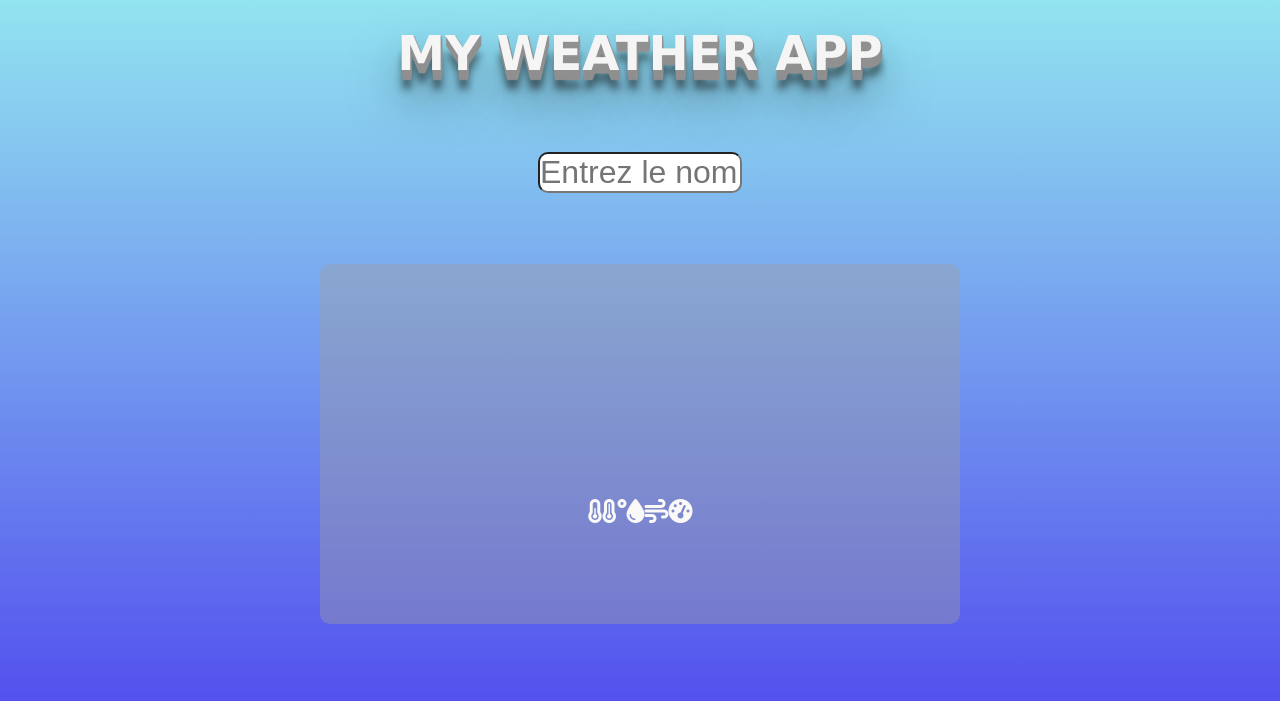
Repository: JeffnyAugustin/MyWeatherApp
Page: index.html
An editor plug-in stored every save of this project. The page is shown before and after a run of saves, followed by the edit.
The browser window is 1280 px wide. The pictures show the whole page.

Above is the page before, as saved 2023-11-15 17:15:27.

### index.html
<!DOCTYPE html>
<html lang="fr">

<head>
    <meta charset="UTF-8">
    <meta http-equiv="X-UA-Compatible" content="IE=edge">
    <meta name="viewport" content="width=device-width, initial-scale=1.0">
    <link rel="stylesheet" href="https://cdnjs.cloudflare.com/ajax/libs/font-awesome/6.4.0/css/all.min.css"
        integrity="sha512-iecdLmaskl7CVkqkXNQ/ZH/XLlvWZOJyj7Yy7tcenmpD1ypASozpmT/E0iPtmFIB46ZmdtAc9eNBvH0H/ZpiBw=="
        crossorigin="anonymous" referrerpolicy="no-referrer" />

    <link rel="stylesheet" href="/css/style.css">
    <title>My Weather App</title>
</head>

<body>



    <div id="container"></div>

    <script src="/js/script.js"></script>
</body>

</html>

### css/style.css
* {
    padding : 0;
    margin: 0;
}

body {
    display: flex;
    justify-content: center;
    height: 100vh;
    width: 100vw;
    background: linear-gradient(0deg, rgba(82,77,238,1) 0%, rgba(146,228,240,1) 100%);
    overflow-y: hidden;
}

#container {
    display: flex;
    flex-direction: column;
    align-items: center;
    justify-content: space-around;
    gap: 20px;

}



#searchBox {
    width: 200px; /* Ajustez la largeur selon vos besoins */
    margin: 0 auto; /* Centrez la barre de recherche horizontalement */
    text-align: center;
    height: 37px;
    border-radius: 10px;
    font-size: 2rem;
}

#searchBox input {
    padding-left: 30px; /* Ajoutez un espace pour l'icône à gauche */
}

#searchBox i.fa-search {
    position: absolute;
    top: 50%;
    transform: translateY(-50%);
    left: 8px;
    color: white;
}


#allTogether {
    width: 50VW;
    height: 50VH;
    display: flex;
    flex-direction: column;
    justify-content: space-evenly;
    align-items: center;
    background-color: rgb(158 158 158 / 40%);
    border-radius: 10px;
}

div#meteoElement {
    display: flex;
    flex-direction: row;
    justify-content: space-around;
    flex-wrap: wrap;
    color: rgb(250, 249, 247);
    font-size: 1.5rem;
}

div#cityElement {
    display: flex;
    flex-direction: row;
    gap: 10px;
    justify-content: center;
}

div#cityDescription {
    display: flex;
    flex-direction: column;
    gap: 20PX;
}

#prevision {
    background-color: rgb(134 126 126 / 41%);
    display: flex;
    flex-direction: row;
    justify-content: center;
    align-items: center;
    gap: 10px;
}

.day-forecast {
    display: flex;
    flex-direction: column;
    align-items: center;
    height: 98%;
    width: 230px;
    background-color: #eeeced4f;
}


p {
    font-size: 2rem;
    color: white;
}

p.cityName {
    text-align: center;
}

h1.textTitle {
    text-transform: uppercase;
    font-family: verdana;
    font-size: 3em;
    font-weight: 700;
    color: #f5f5f5;
    text-shadow: 1px 1px 1px #919191,
        1px 2px 1px #919191,
        1px 3px 1px #919191,
        1px 4px 1px #919191,
        1px 5px 1px #919191,
        1px 6px 1px #919191,
        1px 7px 1px #919191,
        1px 8px 1px #919191,
        1px 9px 1px #919191,
        1px 10px 1px #919191,
    1px 18px 6px rgba(16,16,16,0.4),
    1px 22px 10px rgba(16,16,16,0.2),
    1px 25px 35px rgba(16,16,16,0.2),
    1px 30px 60px rgba(16,16,16,0.4);
}


.temps {
    font-size: 1.5rem;
}
.feels-like {
    font-size: 1.5rem;
  }

  .humidity {
    font-size: 1.5rem;
}

.wind {
    font-size: 1.5rem;
}

.pressure {
    font-size: 1.5rem;
}

### js/script.js
// Clé D'api
const API_KEY = "b476218e49ef0d0755a713e9ba77f79a";
// Lien vers L'api finissant par une recherche
const API_URL = `https://api.openweathermap.org/data/2.5/forecast?appid=${API_KEY}&units=metric&lang=fr&q=`;


const divContain = document.getElementById("container");
divContain.id = "container";


const titleDiv = document.createElement("div");
titleDiv.className = "title";

// Création H1
const heading = document.createElement('h1');
heading.className = "textTitle"

// Set the text content of the h1 element
heading.textContent = 'My Weather App';




// Création barre de recherche
const inputSearch = document.createElement("input");
inputSearch.id = "searchBox";
inputSearch.type = "text";
inputSearch.placeholder = "Entrez le nom de la ville"; // Ajout du placeholder

// Ajoutez cette ligne pour ajouter l'icône de loupe à la barre de recherche
const searchIcon = document.createElement("i");
searchIcon.className = "fas fa-search";
inputSearch.appendChild(searchIcon);


// Création de div
const newDiv = document.createElement("div");
newDiv.id = "allTogether";

// Création de div
const forecastDiv = document.createElement("div");
forecastDiv.id = "prevision";




const infoCityDiv = document.createElement("div");
infoCityDiv.id = "cityDescription";


// Création de div oiuyr stocker img + description
const cityImgDiv = document.createElement("div");
cityImgDiv.id = "cityElement";

// Création de div pour afficher les informations météorologiques
const weather = document.createElement("div");
weather.id = "meteoElement";

// Création balise paragraphe pour collecter le nom de la ville
const cityName = document.createElement("p");
cityName.className = "cityName";

// Création de div pour afficher la température
const temperatureDiv = document.createElement("div");
temperatureDiv.className = "temperature-container";

// Création balise paragraphe
const temperature = document.createElement("p");
temperature.className = "temps";

// Création de div pour afficher le temps ressenti
const feelsLikeDiv = document.createElement("div");
feelsLikeDiv.className = "feels-like-container";

// Création balise paragraphe pour la sensation thermique
const feelsLike = document.createElement("p");
feelsLike.className = "feels-like";

// Création de div pour afficher l'humidité
const humidityDiv = document.createElement("div");
humidityDiv.className = "humidity-container";

// Création de balise paragraphe pour l'humidité
const humidity = document.createElement("p");
humidity.className = "humidity";

// Création de div pour afficher le vent
const windDiv = document.createElement("div");
windDiv.className = "wind-container";

// Création de balise wind
const DataWind = document.createElement("p");
DataWind.className = "wind";



// Création de div pour l'humidité
const pressureDiv = document.createElement("div");
pressureDiv.className = "pressure-container";

// Création de balise paragraphe pour la pression atmosphérique
const pressure = document.createElement("p");
pressure.className = "pressure";

// Création de div pour afficher la description
const descriptionDiv = document.createElement("div");
descriptionDiv.className = "description-container";

// Création de balise paragraphe pour la description
const description = document.createElement("p");
description.className = "description";



// Création balise image
const image = document.createElement("img");

// Création balise icône pour la température
const temperatureIcon = document.createElement("i");
temperatureIcon.className = "fas fa-thermometer-half";

// Création balise icône pour la sensation thermique
const feelsLikeIcon = document.createElement("i");
feelsLikeIcon.className = "fas fa-temperature-high";

// Création balise icône pour l'humidité
const humidityIcon = document.createElement("i");
humidityIcon.className = "fas fa-tint";

// Création balise icône pour le vent
const windIcon = document.createElement("i");
windIcon.className = "fas fa-wind";

// Création balise icône pour la pression
const pressureIcon = document.createElement("i");
pressureIcon.className = "fas fa-tachometer-alt";



temperatureDiv.append(temperatureIcon, temperature); // ajout de l'icône

feelsLikeDiv.append(feelsLikeIcon, feelsLike); // ajout de l'icône

humidityDiv.append(humidityIcon, humidity); // ajout de l'icône

windDiv.append(windIcon, DataWind); // ajout de l'icône

pressureDiv.append(pressureIcon, pressure)

descriptionDiv.appendChild( description); // ajout de l'icône




// Function to format the date and time
function formatDateTime() {
    const currentDate = new Date();
    const options = { weekday: 'long', year: 'numeric', month: 'long', day: 'numeric', hour: 'numeric', minute: 'numeric'};
    return currentDate.toLocaleDateString('fr-FR', options);
}

// Create a div to display the date and time
    const dateTimeDiv = document.createElement("div");
    dateTimeDiv.id = "dateTime";
    infoCityDiv.appendChild(dateTimeDiv);

function checkWeather(city) {
    fetch(API_URL + city)
        .then(res => {
            if (!res.ok) {
                throw new Error("La ville n'a pas été trouvée");
            }
            return res.json();
        })
        .then(data => {
            cityName.textContent = data.city.name;
            image.src = `http://openweathermap.org/img/w/${data.list[0].weather[0].icon}.png`;

            description.textContent = data.list[0].weather[0].description;
            temperature.innerHTML = ` Température :  ${Math.round(data.list[0].main.temp)}°C `;
            feelsLike.textContent = "Temps Ressenti : " + Math.round(data.list[0].main.feels_like) + "°C";
            humidity.textContent = "Humidité  : " + data.list[0].main.humidity + "%";
            DataWind.textContent = "Vitesse du vent : " + Math.floor(data.list[0].wind.speed) + " Km/h";
            pressure.textContent = "Pression : " + data.list[0].main.pressure + " hPa";


             // Afficher les prévisions pour les 5 prochains jours
             for (let i = 0; i < data.list.length; i += 8) {
                const dayForecast = document.createElement("div");
                dayForecast.className = "day-forecast";

                const date = new Date(data.list[i].dt * 1000);
                const dayName = new Intl.DateTimeFormat('fr-FR', { weekday: 'long' }).format(date);

                const dayNameElement = document.createElement("p");
                dayNameElement.textContent = dayName;

                const iconElement = document.createElement("img");
                iconElement.src = `http://openweathermap.org/img/w/${data.list[i].weather[0].icon}.png`;

                const descriptionElement = document.createElement("p");
                descriptionElement.textContent = data.list[i].weather[0].description;

                const temperatureElement = document.createElement("p");
                temperatureElement.textContent = ` ${Math.round(data.list[i].main.temp)}°C`;

                dayForecast.append(dayNameElement, iconElement, descriptionElement, temperatureElement);
                forecastDiv.appendChild(dayForecast);
             }

               // Display the date and time
               dateTimeDiv.textContent = "Date du jour : " + formatDateTime();

        })
        .catch(error => {
            console.error("Erreur de requête :", error.message);
            // Ajoutez ici un traitement pour informer l'utilisateur de l'erreur
        });
}

inputSearch.addEventListener("change", () => {
    checkWeather(inputSearch.value);
});


weather.append(temperatureDiv, feelsLikeDiv, humidityDiv, windDiv, pressureDiv); // ajout des éléments Weather
newDiv.append(infoCityDiv, weather); // ajout du conteneur Weather à newDiv
infoCityDiv.append(cityName, cityImgDiv)
cityImgDiv.append(image, descriptionDiv)
titleDiv.appendChild(heading)
divContain.append(titleDiv, inputSearch, newDiv, forecastDiv); // ajout de tous les éléments à divContain
document.body.appendChild(divContain);



// Mise à jour des informations météorologiques toutes les 5 minutes
setInterval(function () {
    // Ici, mettre à jour les informations de la météo à l'aide de l'API ou d'autres sources
    // Vous pouvez appeler la fonction checkWeather avec la dernière ville recherchée
    checkWeather(inputSearch.value);
}, 5 * 60 * 1000);

After the next 2 saves:
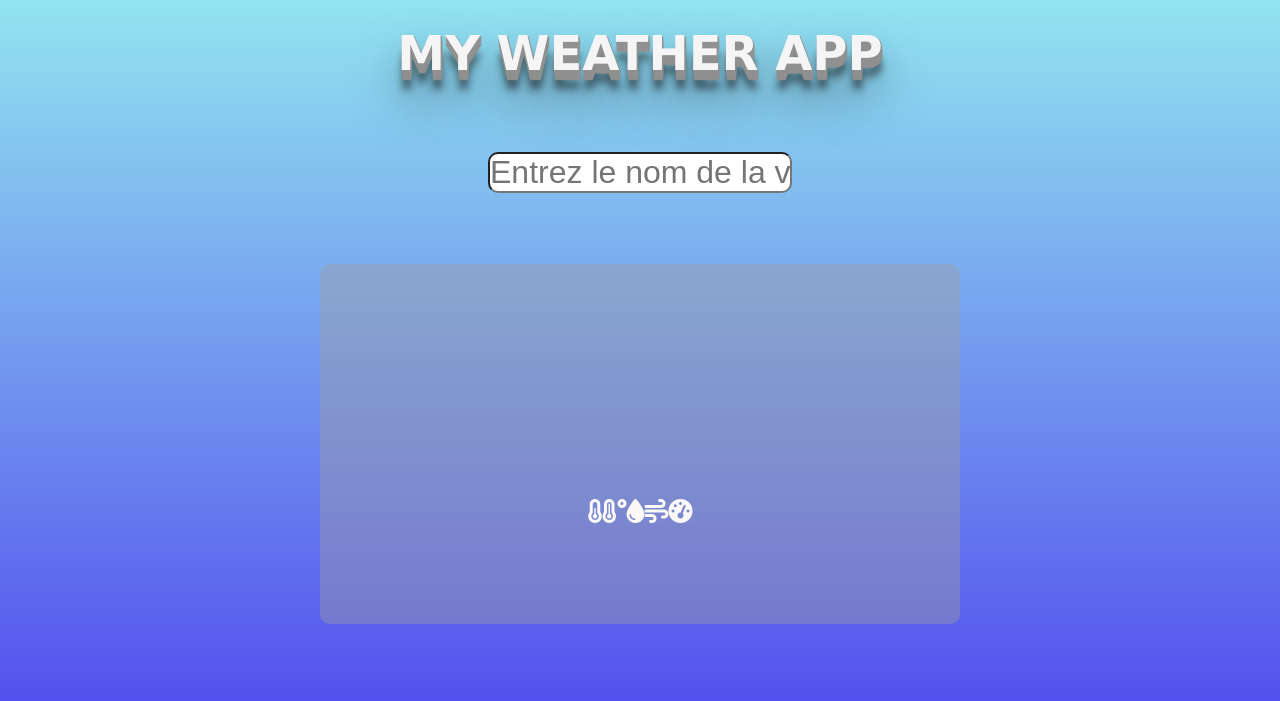
The 2 saves are shown as one change because they came seconds apart.
The last was saved 47 s later.
--- a/css/style.css
+++ b/css/style.css
@@ -24,7 +24,7 @@ body {
 
 
 #searchBox {
-    width: 200px; /* Ajustez la largeur selon vos besoins */
+    width: 300px; /* Ajustez la largeur selon vos besoins */
     margin: 0 auto; /* Centrez la barre de recherche horizontalement */
     text-align: center;
     height: 37px;
